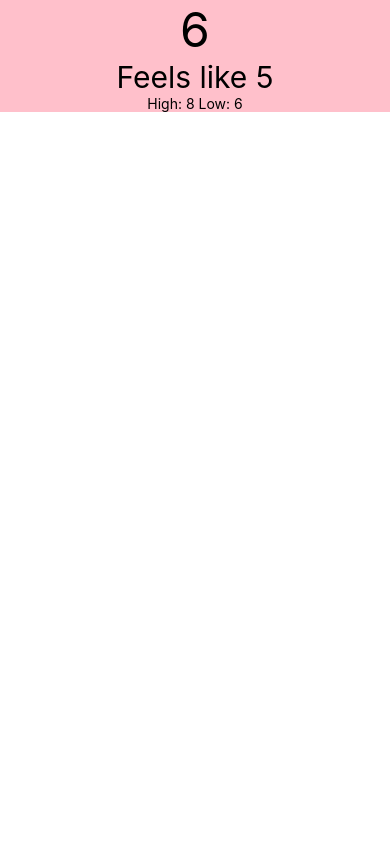
Repository: akinmiday/fcc
Screen: / (app in WeatherApp/)
An editor plug-in stored every save of this project. The screen is shown before and after the next save, followed by the edit.
The app was drawn by React Native's web renderer in a window 390 px wide. The project was rebuilt for these pictures with package versions that can differ from the ones it lists, and the page was loaded fresh each time.

Above is the screen before, as saved 2023-07-18 07:10:11.

### WeatherApp/App.js
import React from "react";
import { View, Text, SafeAreaView, StyleSheet } from "react-native";

const App = () =>{
  return(
   <SafeAreaView style={styles.wrapper} >
     <View style={styles.container} >
      <Text style={styles.temp} >6</Text>
      <Text style={styles.feels} >Feels like 5</Text>
      <Text style={styles.highLow} >High: 8 Low: 6</Text>
    </View>
   </SafeAreaView>
  )
}

const styles= StyleSheet.create({
  wrapper:{
    flex:1,
  },
  container:{
    backgroundColor: 'pink',
    alignItems: 'center'
  },
  temp:{
    color:'black',
    fontSize:48
  },
  feels:{
    fontSize: 30,
    color:'black'
  },
  highLow:{
    color:'black',
  }
})

export default App

After the next save:
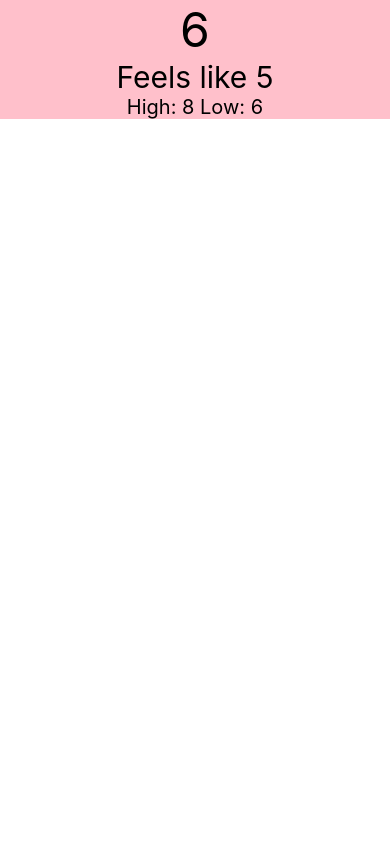
Saved 12 s later.
--- a/WeatherApp/App.js
+++ b/WeatherApp/App.js
@@ -31,6 +31,7 @@ const styles= StyleSheet.create({
   },
   highLow:{
     color:'black',
+    fontSize: 20
   }
 })
 
